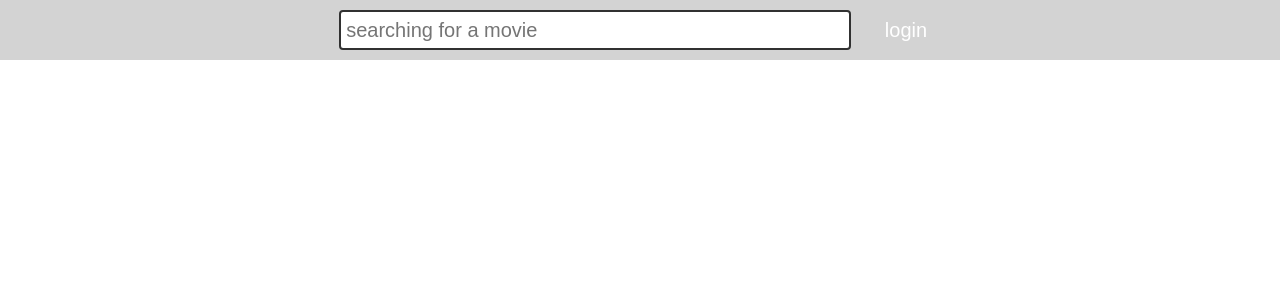
Repository: rutsguifd/uni
Page: /films (app in filmhub-react/)
These files come from the project's save history. The page is drawn as it stood at one moment and after the next save; the edit follows.
The browser window is 1280 px wide. The pictures show the whole page.
The page's requests for data from a server got no answer. The project was rebuilt for these pictures with package versions that can differ from the ones it lists, and the page was loaded fresh each time. No one was signed in, and anything a server would have sent is missing. Also part of the build but not shown: filmhub-react/src/components/Chat.jsx, filmhub-react/src/store/actions/movieActions.js, filmhub-react/src/styles/FilmPage.scss, filmhub-react/src/pages/FilmPage.jsx, filmhub-react/src/styles/FilmItem.scss, filmhub-react/src/components/FilmItem.jsx, filmhub-react/src/styles/FilmList.scss, filmhub-react/src/store/actions/actions.js and 4 more.

Above is the page before, as saved 2022-05-10 15:27:47.

### filmhub-react/src/index.js
import React from "react";
import ReactDOM from "react-dom";
import { Provider } from "react-redux";
import { BrowserRouter } from "react-router-dom";
import App from "./App";
import { store } from "./store";


ReactDOM.render(
  <React.StrictMode>
    <BrowserRouter>
      <Provider store={store}>
        <App />
      </Provider>
    </BrowserRouter>
  </React.StrictMode>,
  document.getElementById("root")
);

### filmhub-react/src/App.js

import AppRouter from "./router/AppRouter";
import './styles/App.scss'

function App() {
  return (
    <div className="App">
      <AppRouter/>
    </div>
  );
}

export default App;

### filmhub-react/src/store/index.js
import { applyMiddleware, combineReducers, createStore } from "redux";
import thunk from "redux-thunk";
import { fetchDataReducer } from "./reducers/fetchDataReducer"
import { fetchMovieReducer } from "./reducers/fetchMovieReducer";
const rootReducer = combineReducers({
    fetchDataReducer,
    fetchMovieReducer,
})

export const store = createStore(rootReducer, applyMiddleware(thunk))

### filmhub-react/src/router/AppRouter.jsx
import React from "react";
import { Route, Routes } from "react-router-dom";
import FilmPage from "../pages/FilmPage";
import Films from "../pages/Films";
import HomePage from "../pages/HomePage";

const AppRouter = () => {
  return (
    <>
      <Routes>
        <Route path="/" element={<HomePage />}/>
        <Route path="/films" element={<Films />} />
        <Route path="/films/:id" element={<FilmPage />} />
      </Routes>
    </>
  );
};

export default AppRouter;

### filmhub-react/src/styles/App.scss
* {
    font-size: 20px;
    margin: 0;
    padding: 0;
    box-sizing: border-box;

    font-family: 'Fira Sans', sans-serif;
}

#root{
    display: flex;
    justify-content: center;
}

.App{
    width: 100%;
    max-width: 100%;
}

### filmhub-react/src/store/reducers/fetchDataReducer.js

const initialState = {
    movies:
    {
        data: null,
        loading: false,
        error: false,
    }
};

const FETCH_MOVIES = "FETCH_SEARCH_MOVIES";
const FETCH_MOVIES_SUCCESS = "FETCH_MOVIES_SUCCESS";
const FETCH_MOVIES_FAILURE = "FETCH_MOVIES_FAILURE";

export const fetchDataReducer = (state = initialState, action) => {
    switch(action.type) {
        case FETCH_MOVIES:
            return {
                ...state,
                movies: {
                    data: null,
                    loading: true,
                    error: false,
                }
            }
        case FETCH_MOVIES_SUCCESS:
            return {
                ...state,
                movies: {
                    data: action.payload,
                    loading: false,
                    error: false,
                }
            }
            case FETCH_MOVIES_FAILURE:
                return {
                    ...state,
                    movies: {
                        data: null,
                        loading: false,
                        error: action.payload,
                    }
                }
        default:
            return state;
    }
}

### filmhub-react/src/store/reducers/fetchMovieReducer.js

const initialState = {
    movie:
    {
        data: null,
        loading: false,
        error: false,
    }
};

const FETCH_MOVIE = "FETCH_MOVIE";
const FETCH_MOVIE_SUCCESS = "FETCH_MOVIE_SUCCESS";
const FETCH_MOVIE_FAILURE = "FETCH_MOVIE_FAILURE";

export const fetchMovieReducer = (state = initialState, action) => {
    switch(action.type) {
        case FETCH_MOVIE:
            return {
                ...state,
                movie: {
                    data: null,
                    loading: true,
                    error: false,
                }
            }
        case FETCH_MOVIE_SUCCESS:
            return {
                ...state,
                movie: {
                    data: action.payload,
                    loading: false,
                    error: false,
                }
            }
            case FETCH_MOVIE_FAILURE:
                return {
                    ...state,
                    movie: {
                        data: null,
                        loading: false,
                        error: action.payload,
                    }
                }
        default:
            return state;
    }
}

### filmhub-react/src/pages/Films.jsx
import React from 'react'
import FilmList from '../components/FilmList'
import Header from '../components/Header'

const Films = () => {
  return (
    <>
    <Header />
    <FilmList/>
    </>
  )
}

export default Films

### filmhub-react/src/components/Header.jsx
import React, { useState } from "react";
import { useNavigate } from "react-router-dom";
import "../styles/Header.scss";
import MyInput from "./UI/MyInput/MyInput";
import MyButton from "./UI/MyButton/MyButton";
import { getAuth, GoogleAuthProvider, signInWithPopup, signOut } from "firebase/auth";
import { firebase } from "../firebase/firebase";
import {useAuthState} from 'react-firebase-hooks/auth'

const Header = () => {
  const auth = getAuth(firebase);
  const [user] = useAuthState(auth);
  console.log(user)
  const navigate = useNavigate();
  const [searchQuery, setSearchQuery] = useState("");
  const onChange = (e) => {
    setSearchQuery(e.target.value);
  };
  const onSubmit = (e) => {
    e.preventDefault();
    navigate(`/films?query=${searchQuery}&page=1`);
    setSearchQuery("");
  };
  const login = async () => {
    const provider = new GoogleAuthProvider();
    provider.addScope("profile");
    provider.addScope("email");
    const user = await signInWithPopup(auth, provider);
    console.log(user);
  };
  return (
    <div className="header">
      <form onSubmit={onSubmit}>
        <MyInput
          placeholder="searching for a movie"
          value={searchQuery}
          onChange={onChange}
        />
      </form>
      {user ? (
        <MyButton onClick={() => {console.log("lol"); signOut(auth)}}>logout</MyButton>
      ) : (
        <MyButton onClick={() => login()}>login</MyButton>
      )}
    </div>
  );
};

export default Header;

### filmhub-react/src/styles/Header.scss
.header{
    display: flex;
    justify-content: center;
    align-items: center;
    background-color: #d3d3d3;
}

### filmhub-react/src/components/UI/MyInput/MyInput.jsx
import React from 'react'
import classes from './MyInput.module.scss'

const MyInput = (props) => {
  return (
    <input {...props} className={classes.input}/>
  )
}

export default MyInput

### filmhub-react/src/components/UI/MyButton/MyButton.jsx
import React from 'react'
import classes from "./MyButton.module.scss"

const MyButton = ({children, ...props}) => {
  return (
    <button {...props} className={classes.button}>{children}</button>
  )
}

export default MyButton

### filmhub-react/src/firebase/firebase.js
import { initializeApp } from "firebase/app";

const firebaseConfig = {
    apiKey: "AIzaSyChdV-_NxGxzTFPPzyq0BUZoHWXi90qVMQ",
    authDomain: "react-film-chat.firebaseapp.com",
    projectId: "react-film-chat",
    storageBucket: "react-film-chat.appspot.com",
    messagingSenderId: "140564825310",
    appId: "1:140564825310:web:763ea4e2dacd275423ae4f",
    measurementId: "G-9KZR5B2WEJ"
  };

  // Initialize Firebase
  const firebase = initializeApp(firebaseConfig);
  export {firebase};

### filmhub-react/src/components/UI/MyInput/MyInput.module.scss
.input{
    padding-left: 5px;
    margin: 10px;
    height: 40px;
    width: 40vw;
    border-radius: 4px;
    border: 2px solid #313131;
    &:hover {
        transition: 0.2s;
        background-color: #ffffff;
    }
}

### filmhub-react/src/components/UI/MyButton/MyButton.module.scss
.button {
    padding: 10px;
    width: 7vw;
    color: #fff;
    background-color: transparent;
    border: none;
    border-radius: 4px;
    &:hover {
        transition: 0.5s;
        background-color: #fff;
        color: #000;
    }
}

Loaded but not shown: filmhub-react/public/index.html (common file)

After the next save:
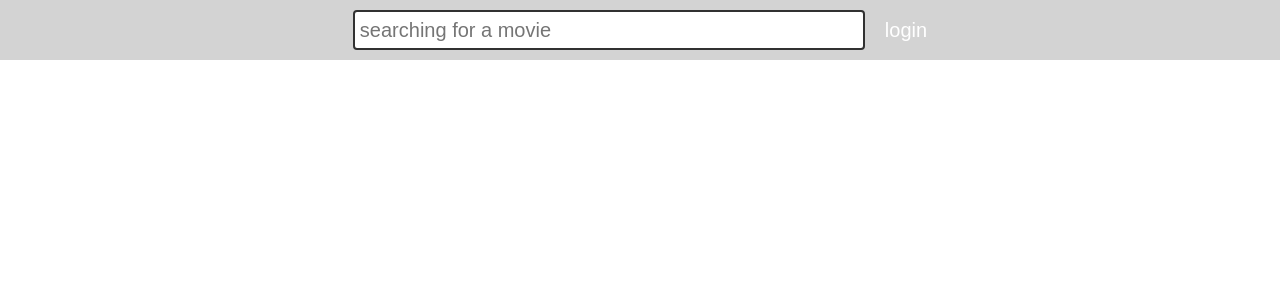
Saved 50 s later.
--- a/filmhub-react/src/components/UI/MyButton/MyButton.module.scss
+++ b/filmhub-react/src/components/UI/MyButton/MyButton.module.scss
@@ -1,6 +1,6 @@
 .button {
+    display: flex;
     padding: 10px;
-    width: 7vw;
     color: #fff;
     background-color: transparent;
     border: none;
